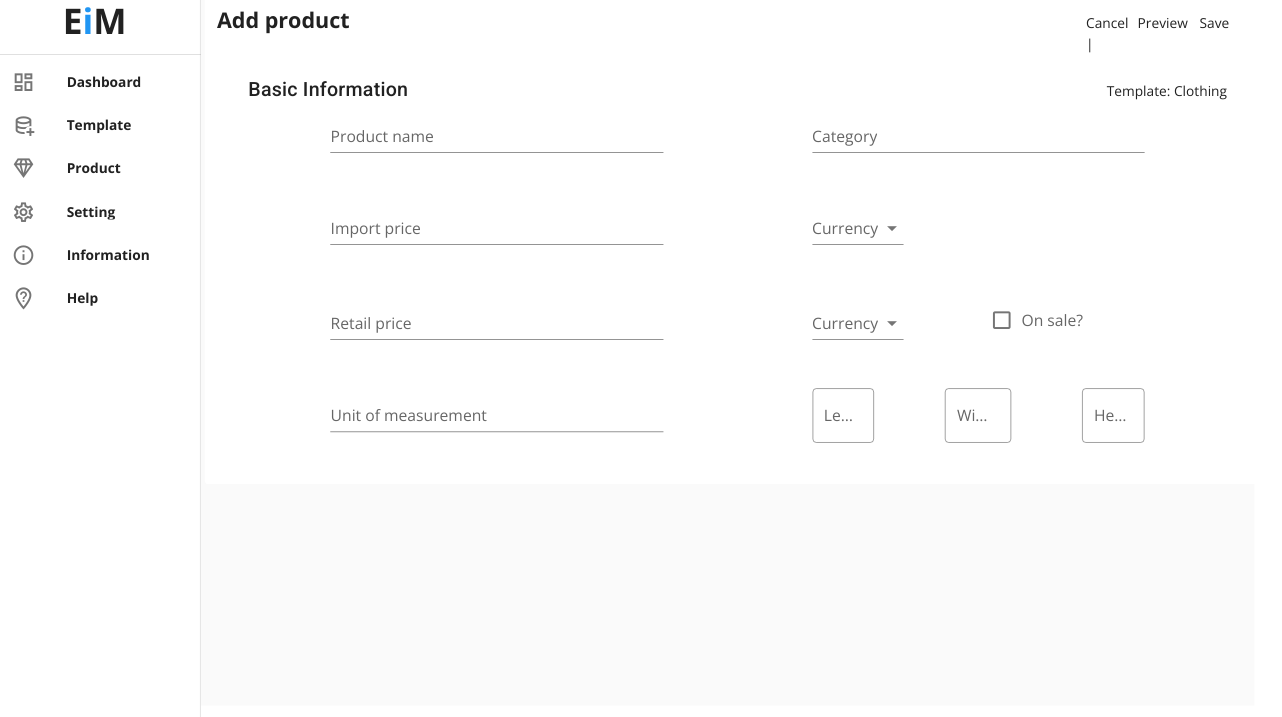
Repository: nguyenphuong152/pim-template
Page: /addproduct
An editor plug-in stored every save of this project. The page is shown before and after the next save, followed by the edit.
The browser window is 1280 px wide. The page is 1308 px wide, so the pictures cover 1308 px, including what lies to the right of the window. The pictures show the whole page, at 98% of full size.
The project was rebuilt for these pictures with package versions that can differ from the ones it lists, and the page was loaded fresh each time. Also part of the build but not shown: vue.config.js, src/views/Home.vue, src/components/Outcome_1/SearchTemplate.vue, src/components/Outcome_1/YourTemplate.vue, src/components/Outcome_1/ListComponent.vue, src/components/Outcome_1/AddInfo.vue, src/components/Outcome_1/AddDetail.vue, src/components/Outcome_1/CreateRegion.vue and 5 more.

Above is the page before, as saved 2020-12-21 11:43:59.

### public/index.html
<!DOCTYPE html>
<html lang="en">
  <head>
    <meta charset="utf-8" />
    <meta http-equiv="X-UA-Compatible" content="IE=edge" />
    <meta name="viewport" content="width=device-width,initial-scale=1.0" />
    <link rel="icon" href="<%= BASE_URL %>favicon.ico" />
    <link rel="preconnect" href="https://fonts.gstatic.com" />
    <link rel="preconnect" href="https://fonts.gstatic.com" />
    <link rel="preconnect" href="https://fonts.gstatic.com" />
    <link
      href="https://fonts.googleapis.com/css2?family=Open+Sans:wght@300;400;600;700;800&display=swap"
      rel="stylesheet"
    />
    <link
      href="https://fonts.googleapis.com/css?family=Montserrat:300,400,500,600,700"
      rel="stylesheet"
    />
    <title><%= htmlWebpackPlugin.options.title %></title>
    <link
      rel="stylesheet"
      href="https://fonts.googleapis.com/css?family=Roboto:100,300,400,500,700,900"
    />
    <link
      rel="stylesheet"
      href="https://cdn.jsdelivr.net/npm/@mdi/font@latest/css/materialdesignicons.min.css"
    />
  </head>
  <body>
    <noscript>
      <strong
        >We're sorry but <%= htmlWebpackPlugin.options.title %> doesn't work
        properly without JavaScript enabled. Please enable it to
        continue.</strong
      >
    </noscript>
    <div id="app"></div>
    <!-- built files will be auto injected -->
  </body>
</html>

### src/main.js
import Vue from 'vue'
import App from './App.vue'
import router from './router'
import '../sass/style.scss'
import vuetify from './plugins/vuetify';

Vue.config.productionTip = false

new Vue({
  router,
  vuetify,
  render: h => h(App)
}).$mount('#app')

### src/App.vue
<template>
  <v-app v-bind:style="{ background: activeColor }">
    <v-row>
      <v-col cols="2" class="pa-0">
        <v-navigation-drawer permanent width="220">
          <v-list-item>
            <v-list-item-content>
              <v-list-item-title class="logo">
                E<span class="blue--text">i</span>M
              </v-list-item-title>
            </v-list-item-content>
          </v-list-item>

          <v-divider></v-divider>

          <v-list dense nav class="text-start pl-4">
            <v-list-item
              v-for="item in items"
              :key="item.title"
              :to="item.path"
              color="blue"
            >
              <v-list-item-icon>
                <v-icon>{{ item.icon }}</v-icon>
              </v-list-item-icon>
              <v-list-item-content>
                <v-list-item-title class="template-title font-weight-bold ">{{
                  item.title
                }}</v-list-item-title>
              </v-list-item-content>
            </v-list-item>
          </v-list>
        </v-navigation-drawer>
      </v-col>
      <v-col class="pa-0">
        <router-view />
      </v-col>
    </v-row>
  </v-app>
</template>

<script>
export default {
  name: "App",
  components: {},
  watch: {
    $route(to) {
      document.title = `${to.meta.title}`;
    },
  },
  data() {
    return {
      clicked: false,
      activeColor: "#FAFAFA",
      items: [
        { title: "Dashboard", icon: "mdi-view-dashboard-outline", path: "" },
        {
          title: "Template",
          icon: "mdi-database-plus-outline",
          path: "/template",
        },
        { title: "Product", icon: "mdi-diamond-stone", path: "/product" },
        { title: "Setting", icon: "mdi-cog-outline", path: "" },
        { title: "Information", icon: "mdi-information-outline", path: "" },
        { title: "Help", icon: "mdi-map-marker-question-outline", path: "" },
      ],
      right: null,
    };
  },
};
</script>

### src/router/index.js
import Vue from "vue";
import VueRouter from "vue-router";
import Home from "../views/Home.vue";
import Template from "../views/Outcome_1/CreateProductTemplate.vue";
import Product from "../views/Outcome_2/Outcome_2_screen.vue";
import AddProduct from "../views/Outcome_2/AddProduct.vue";

Vue.use(VueRouter);

const routes = [
  {
    path: "/",
    name: "Home",
    component: Home,
  },
  {
    path: "/template",
    name: "Template",
    component: Template,
    meta: {
      title: "Add Template",
    },
  },
  {
    path: "/product",
    name: "Product",
    component: Product,
    meta: {
      title: "Product",
    },
  },
  {
    path: "/addproduct",
    name: "AddProduct",
    component: AddProduct,
    meta: {
      title: "Add Product",
    },
  },
  {
    path: "/about",
    name: "About",
    // route level code-splitting
    // this generates a separate chunk (about.[hash].js) for this route
    // which is lazy-loaded when the route is visited.
    component: () =>
      import(/* webpackChunkName: "about" */ "../views/About.vue"),
  },
];

const router = new VueRouter({
  mode: "history",
  base: process.env.BASE_URL,
  routes,
});

export default router;

### sass/style.scss
$font-primary: 'Open Sans',
sans-serif;

@import "~vuetify/src/styles/styles.sass";

$fontsize-content: 14px;
$fontsize-title: 24px;
$fontsize-logo:36px;
$fontsize-header:22px;
$fontsize-nav:20px;


#app {
  font-family: $font-primary;
   font-size:$fontsize-content;
  -webkit-font-smoothing: antialiased;
  -moz-osx-font-smoothing: grayscale;
  text-align: center;
  color: #2c3e50;
}

#nav {
  padding: 30px;
}

#nav a {
  font-weight: bold;
  color: #2c3e50;
}

#nav a.router-link-exact-active {
  color: #42b983;
}

.title {
  font: $font-primary !important;
  font-size: $fontsize-nav !important;
}

.logo {
  @extend .title;
  font-weight: 700 !important;
  font-size: $fontsize-logo !important;
}

.text-header {
  font: $font-primary !important;
  font-size: $fontsize-header !important;
  font-weight: 700;
}


.template-title {
  @extend .title;
  font-size: $fontsize-content !important;
}

### src/views/Outcome_2/AddProduct.vue
<template>
  <v-container class="pa-0">
    <v-card class="ma-1" flat>
      <v-container class="text-start">
        <v-row class="align-baseline">
          <v-col cols="10">
            <span class="text-header">Add product</span>
          </v-col>
          <v-col>
            <v-row>
              <v-col class="px-0">
                <span>Cancel |</span>
              </v-col>
              <v-col class="px-0 text-end">
                <span>Preview</span>
              </v-col>
              <v-col>
                <span>Save</span>
              </v-col>
            </v-row>
          </v-col>
        </v-row>
      </v-container>
    </v-card>
    <BasicInfo />
  </v-container>
</template>

<script>
import BasicInfo from "../../components/Outcome_2/BasicInfo";
export default {
  components: {
    BasicInfo,
  },
};
</script>

### src/components/Outcome_2/BasicInfo.vue
<template>
  <v-container class="text-start ma-1 pa-0">
    <v-card flat>
      <v-row class="d-flex align-baseline px-14 pt-4">
        <span class="title ">Basic Information</span>
        <v-spacer></v-spacer>
        <span>Template: Clothing</span>
      </v-row>
      <v-container class="px-16 py-0">
        <v-row class="d-flex align-baseline pa-0">
          <v-col>
            <v-container class="py-0 px-16">
              <v-text-field
                color="blue darken-2"
                label="Product name"
                hint="Miniskirt-02"
                required
              ></v-text-field>
            </v-container>
          </v-col>
          <v-col>
            <v-container class="py-0 px-16">
              <v-text-field
                color="blue darken-2"
                label="Category"
                hint="Ex: Miniskirt"
                required
              ></v-text-field>
            </v-container>
          </v-col>
        </v-row>
        <v-row class="d-flex align-baseline">
          <v-col cols="6">
            <v-container class="py-0 px-16">
              <v-text-field
                color="blue darken-2"
                label="Import price"
                hint="180,000"
                required
              ></v-text-field>
            </v-container>
          </v-col>
          <v-col cols="3">
            <v-container class="py-0 px-16">
              <v-select :items="items" label="Currency"></v-select>
            </v-container>
          </v-col>
          <v-col> </v-col>
        </v-row>
        <v-row class="d-flex align-baseline">
          <v-col cols="6">
            <v-container class="py-0 px-16">
              <v-text-field
                color="blue darken-2"
                label="Retail price"
                hint="180,000"
                required
              ></v-text-field>
            </v-container>
          </v-col>
          <v-col cols="3">
            <v-container class="py-0 px-16">
              <v-select :items="items" label="Currency"></v-select>
            </v-container>
          </v-col>
          <v-col
            ><v-checkbox label="On sale?" color="red" hide-details></v-checkbox>
          </v-col>
        </v-row>
        <v-row class="d-flex align-baseline">
          <v-col cols="6">
            <v-container class="py-0 px-16">
              <v-text-field
                color="blue darken-2"
                label="Unit of measurement"
                hint="Ex: piece, pair,..."
                required
              ></v-text-field>
            </v-container>
          </v-col>
          <v-col>
            <v-row>
              <v-col>
                <v-container class="py-0 pl-16">
                  <v-text-field
                    label="Length"
                    placeholder="70cm"
                    outlined
                  ></v-text-field>
                </v-container>
              </v-col>
              <v-col>
                <v-container class="py-0 pr-9 pl-9">
                  <v-text-field
                    label="Width"
                    placeholder="50cm"
                    outlined
                  ></v-text-field>
                </v-container>
              </v-col>
              <v-col>
                <v-container class="py-0 pr-16">
                  <v-text-field
                    label="Height"
                    placeholder="10cm"
                    outlined
                  ></v-text-field>
                </v-container>
              </v-col>
            </v-row>
          </v-col>
        </v-row>
      </v-container>
    </v-card>
  </v-container>
</template>

<script>
export default {
  data: () => ({
    items: ["VND", "USD", "EUR"],
  }),
};
</script>

<style></style>

Loaded but not shown: src/plugins/vuetify.js (common file)

After the next save:
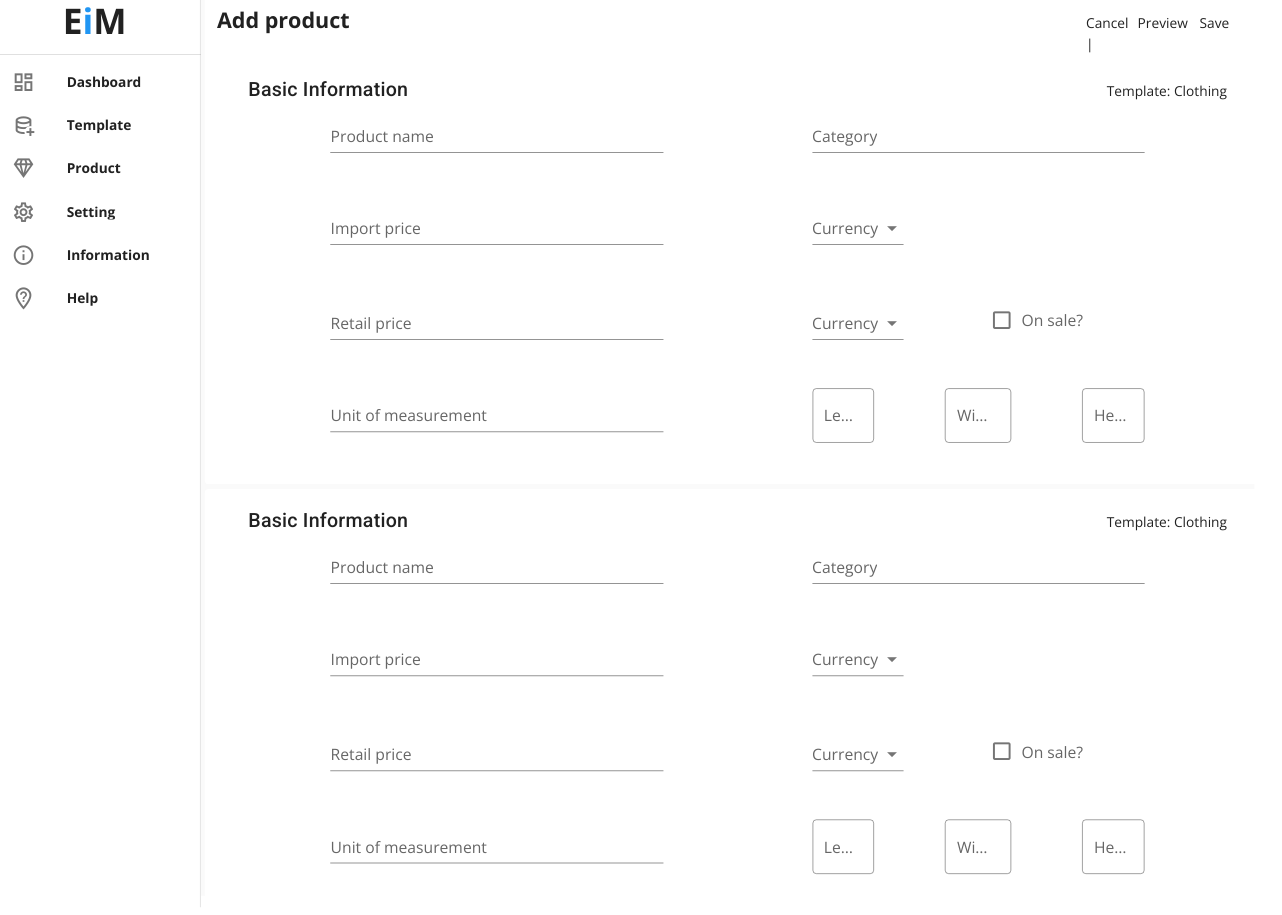
Saved 36 s later.
--- a/src/views/Outcome_2/AddProduct.vue
+++ b/src/views/Outcome_2/AddProduct.vue
@@ -23,6 +23,8 @@
       </v-container>
     </v-card>
     <BasicInfo />
+    <br />
+    <BasicInfo />
   </v-container>
 </template>
 
